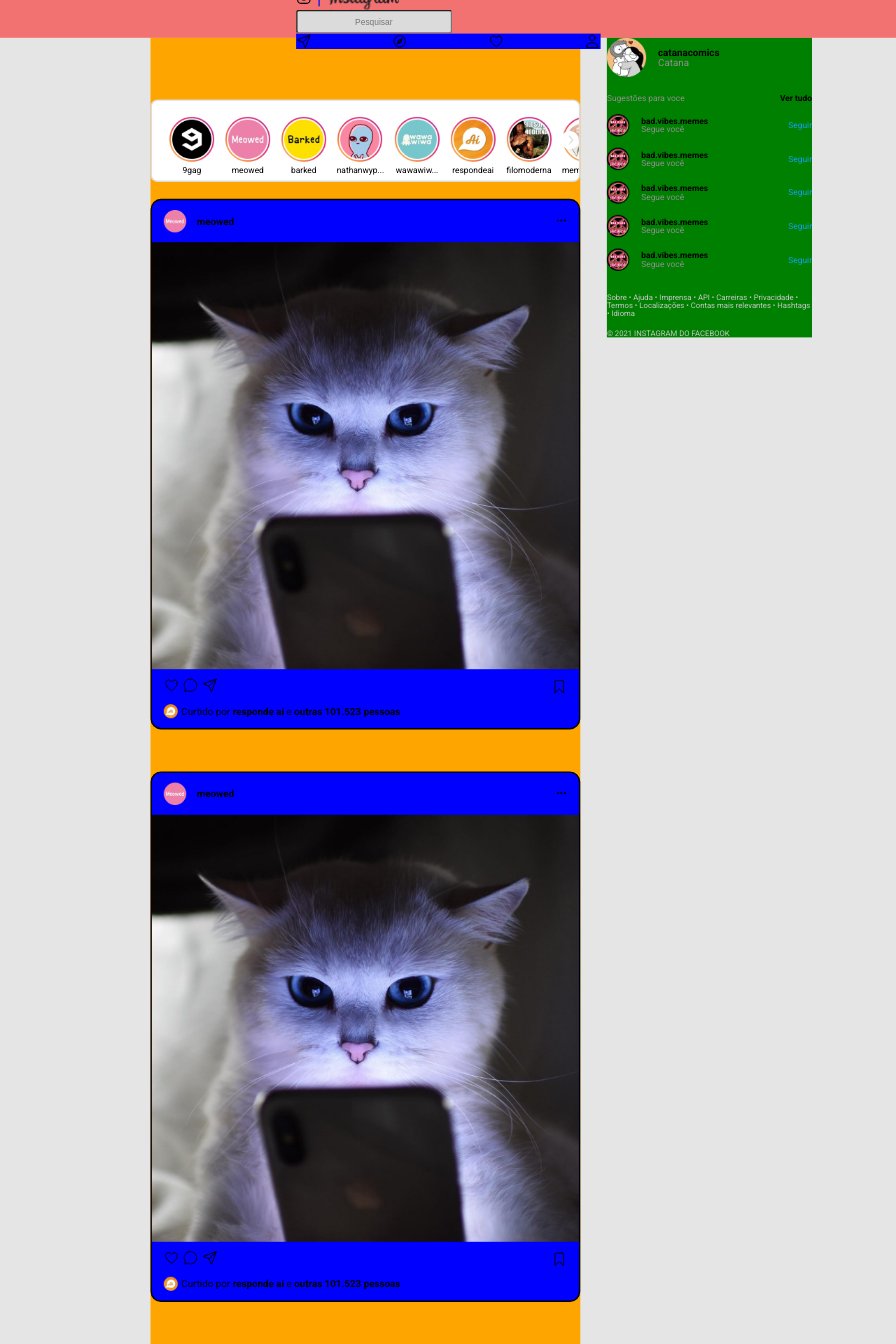
Repository: Zezinoo/proj-2-instagram-clone
Page: index.html
These files come from the project's save history. The page is drawn as it stood at one moment and after the next save; the edit follows.
The browser window is 1280 px wide. The pictures show the part of the page from y = 0 to 1920 px (the page is 2738 px tall), at 70% of full size.
Some web libraries are served in a nearby version.

Above is the page before, as saved 2022-06-05 02:02:12.

### index.html
<!DOCTYPE html>
<html lang="en">
<head>
    <meta charset="UTF-8">
    <meta http-equiv="X-UA-Compatible" content="IE=edge">
    <meta name="viewport" content="width=device-width, initial-scale=1.0">
    <link rel="stylesheet" href="reset.css">
    <link rel="stylesheet" href="style.css">
    <link rel="preconnect" href="https://fonts.googleapis.com">
    <link rel="preconnect" href="https://fonts.gstatic.com" crossorigin>
    <link href="https://fonts.googleapis.com/css2?family=Encode+Sans:wght@100;200;300;400;500;600;700&family=Roboto:ital,wght@0,100;0,300;0,400;0,500;0,700;1,100;1,300;1,400;1,500&display=swap" rel="stylesheet">
    <title>Instagram</title>
</head>
<body>
<div class="top">
    <div class = "align-top">
        <div class = "logo">
            <ion-icon name="logo-instagram" style="font-size:22px"></ion-icon>
        <div class="vertical-line"></div>
            <img src="./imgs/logo 1.svg" alt="">
    </div>
        <div class="search-bar">
            <input type="text" placeholder="Pesquisar">
        </div>
    <div class="top-icons">
        <ion-icon name="paper-plane-outline"></ion-icon>
        <ion-icon name="compass-outline"></ion-icon>
        <ion-icon name="heart-outline"></ion-icon>
        <ion-icon name="person-outline"></ion-icon>
    </div>
    </div>
</div>
<div class="feed">
    <div class="content">
        <div class="stories">
            <div class="story">
                <img src="./imgs/stories_background 3.png" alt="">
                <div class="user-logo">
                    <img src="./imgs/9gag 1.png" alt="">
                </div>
                <div class="user-name">
                    9gag
                </div>
            </div>
            <div class="story">
                <img src="./imgs/stories_background 3.png" alt="">
                <div class="user-logo">
                    <img src="./imgs/meowed 1.png" alt="">
                </div>
                <div class="user-name">
                    meowed
                </div>
            </div>
            <div class="story">
                <img src="./imgs/stories_background 3.png" alt="">
                <div class="user-logo">
                    <img src="./imgs/barked 1.png" alt="">
                </div>
                <div class="user-name">
                    barked
                </div>
            </div>
            <div class="story">
                <img src="./imgs/stories_background 3.png" alt="">
                <div class="user-logo">
                    <img src="./imgs/nathanwpylestrangeplanet 1.png" alt="">
                </div>
                <div class="user-name">
                    nathanwyp...
                </div>
            </div>
            <div class="story">
                <img src="./imgs/stories_background 3.png" alt="">
                <div class="user-logo">
                    <img src="./imgs/wawawiwacomicsa 1.png" alt="">
                </div>
                <div class="user-name">
                    wawawiw...
                </div>
            </div>
            <div class="story">
                <img src="./imgs/stories_background 3.png" alt="">
                <div class="user-logo">
                    <img src="./imgs/respondeai 1.png" alt="">
                </div>
                <div class="user-name">
                    respondeai
                </div>
            </div>
            <div class="story">
                <img src="./imgs/stories_background 3.png" alt="">
                <div class="user-logo">
                    <img src="./imgs/filomoderna 1.png" alt="">
                </div>
                <div class="user-name">
                    filomoderna
                </div>
            </div>
            <div class="story">
                <img src="./imgs/stories_background 3.png" alt="">
                <div class="user-logo">
                    <img src="./imgs/memeriagourmet 1.png" alt="">
                </div>
                <div class="user-name">
                    memeriagourmet
                </div>
                <div class="arrow">
                    <ion-icon name="chevron-forward-circle"></ion-icon>
                </div>
            </div>
        </div>
        <div class="post">
            <div class="info">
                <div class="op">
                    <img src="./imgs/meowed 2.png" alt="">
                    <div class="op-name">
                    meowed
                    </div>
                </div>
                <div class="dots">
                    <ion-icon name="ellipsis-horizontal"></ion-icon>
                </div>
            </div>
            <img src="./imgs/gato-telefone 1.png" alt="">
            <div class="bottom">
                <div class="post-icons">
                    <div class="left-icons">
                        <ion-icon name="heart-outline"></ion-icon>
                        <ion-icon name="chatbubble-outline"></ion-icon>
                        <ion-icon name="paper-plane-outline"></ion-icon>
                    </div>
                    <ion-icon name="bookmark-outline"></ion-icon>
                </div>
                <div class="comments">
                    <div class="follow-image">
                        <img src="./imgs/respondeai 2.png" alt="">
                    </div>
                    <div class="comment-message">
                        <p>Curtido por <strong>responde ai</strong> e <strong>outras 101.523 pessoas</strong></p>
                    </div>
                </div>
            </div>
        </div>
        <div class="post">
            <div class="info">
                <div class="op">
                    <img src="./imgs/meowed 2.png" alt="">
                    <div class="op-name">
                    meowed
                    </div>
                </div>
                <div class="dots">
                    <ion-icon name="ellipsis-horizontal"></ion-icon>
                </div>
            </div>
            <img src="./imgs/gato-telefone 1.png" alt="">
            <div class="bottom">
                <div class="post-icons">
                    <div class="left-icons">
                        <ion-icon name="heart-outline"></ion-icon>
                        <ion-icon name="chatbubble-outline"></ion-icon>
                        <ion-icon name="paper-plane-outline"></ion-icon>
                    </div>
                    <ion-icon name="bookmark-outline"></ion-icon>
                </div>
                <div class="comments">
                    <div class="follow-image">
                        <img src="./imgs/respondeai 2.png" alt="">
                    </div>
                    <div class="comment-message">
                        <p>Curtido por <strong>responde ai</strong> e <strong>outras 101.523 pessoas</strong></p>
                    </div>
                </div>
            </div>
        </div>
        <div class="post">
            <div class="info">
                <div class="op">
                    <img src="./imgs/meowed 2.png" alt="">
                    <div class="op-name">
                    meowed
                    </div>
                </div>
                <div class="dots">
                    <ion-icon name="ellipsis-horizontal"></ion-icon>
                </div>
            </div>
            <img src="./imgs/gato-telefone 1.png" alt="">
            <div class="bottom">
                <div class="post-icons">
                    <div class="left-icons">
                        <ion-icon name="heart-outline"></ion-icon>
                        <ion-icon name="chatbubble-outline"></ion-icon>
                        <ion-icon name="paper-plane-outline"></ion-icon>
                    </div>
                    <ion-icon name="bookmark-outline"></ion-icon>
                </div>
                <div class="comments">
                    <div class="follow-image">
                        <img src="./imgs/respondeai 2.png" alt="">
                    </div>
                    <div class="comment-message">
                        <p>Curtido por <strong>responde ai</strong> e <strong>outras 101.523 pessoas</strong></p>
                    </div>
                </div>
            </div>
        </div>
    </div>
    <div class="sidebar">
        <div class="user">
            <img src="./imgs/catanacomics 1.png" alt="">
            <div class="user-info">
                <div class="username">
                    catanacomics
                </div>
                <div class="name">
                    Catana
                </div>
            </div>
        </div>
        <div class="suggestion-text">
            <div class="recommended">
                Sugestões para voce
            </div>
            <div class="for-you">
                Ver tudo
            </div>
        </div>
        <div class="suggestion">
            <div class="suggestion-user">
                <img src="./imgs/badvibesmemes 1.png" alt="">
                <div class="user-info">
                    <div class="username">
                        bad.vibes.memes
                    </div>
                    <div class="name">
                        Segue você
                    </div>
                </div>
            </div>
            <div class="follow">
                Seguir
            </div>
        </div>
        <div class="suggestion">
            <div class="suggestion-user">
                <img src="./imgs/badvibesmemes 1.png" alt="">
                <div class="user-info">
                    <div class="username">
                        bad.vibes.memes
                    </div>
                    <div class="name">
                        Segue você
                    </div>
                </div>
            </div>
            <div class="follow">
                Seguir
            </div>
        </div>
        <div class="suggestion">
            <div class="suggestion-user">
                <img src="./imgs/badvibesmemes 1.png" alt="">
                <div class="user-info">
                    <div class="username">
                        bad.vibes.memes
                    </div>
                    <div class="name">
                        Segue você
                    </div>
                </div>
            </div>
            <div class="follow">
                Seguir
            </div>
        </div>
        <div class="suggestion">
            <div class="suggestion-user">
                <img src="./imgs/badvibesmemes 1.png" alt="">
                <div class="user-info">
                    <div class="username">
                        bad.vibes.memes
                    </div>
                    <div class="name">
                        Segue você
                    </div>
                </div>
            </div>
            <div class="follow">
                Seguir
            </div>
        </div>
        <div class="suggestion">
            <div class="suggestion-user">
                <img src="./imgs/badvibesmemes 1.png" alt="">
                <div class="user-info">
                    <div class="username">
                        bad.vibes.memes
                    </div>
                    <div class="name">
                        Segue você
                    </div>
                </div>
            </div>
            <div class="follow">
                Seguir
            </div>
        </div>
        <div class="help-text">
            <p>Sobre • Ajuda • Imprensa • API • Carreiras • Privacidade •
                Termos • Localizações • Contas mais relevantes • Hashtags •
                Idioma</p>
        </div>
        <div class="trademark">
            <p>© 2021 INSTAGRAM DO FACEBOOK</p>
        </div>
    </div>
</div>
<script src="https://unpkg.com/ionicons@5.4.0/dist/ionicons.js"></script>

</body>
</html>

### style.css

body{
    background-color: #e5e5e5;
    display: flex;
    flex-direction: column;
    align-items: center;
    justify-content: center;
    font-family: 'Roboto', sans-serif;
}


.top {
    width: 100%;
    height: 54px;
    display: flex;
    flex-direction: row;
    justify-content: space-around;
    align-items: center;
    background-color: rgba(255, 0, 0, 0.5);
    position: relative;
    z-index: 1;
}



.logo{
    display: flex;
    position: relative;
    align-items: flex-start;
    width: 100%;
    margin-right: 214px;
}

.vertical-line{
    height: 22px;
    margin: 0 10px;
    border: blue 1px solid;
}

.search-bar{
    margin-right: 212px;
}

.search-bar input{
    height: 28px;
    width: 215px;
    border-radius: 4px;
    text-align: center;
    background-color: #DBDBDB;
    color: #979797;
    font-size: 12px;
}

.top-icons{
    width: 100%;
    display: flex;
    flex-direction:row;
    justify-content:space-between;
    background-color:blue;
}

.top-icons ion-icon{
    font-size: 22px;
    margin-right: 20px;
}
.top-icons ion-icon:nth-child(4){
    margin-right: 0px;
}

.feed {
    display: flex;
    flex-direction: row;
    position: absolute;
    top: 54px;
    left: 215px;
}


.content{
    display: flex;
    flex-direction: column;
    background-color: orange;
}

strong{
    font-weight: bold;
}

.stories{
    margin-top: 88px;
    margin-bottom: 24px;
    width: 614px;
    height:118px;
    display: flex;
    flex-direction: row;
    align-items: center;
    position: relative;
    justify-content: flex-start;
    background-color: #FFFFFF;
    overflow: hidden;
    border-radius: 10px;
    border: 2px solid #DBDBDB;
    box-sizing: border-box;
}
.stories .story:nth-child(1){
    margin-left:24px;
}

.story{
    display: flex;
    flex-direction: column;
    justify-content: center;
    margin-right: 14px;
    margin-top: 20px;
    position: relative;
}

.story img{
    width: 66px;
    height: 66px;
}

.story .user-logo{
    display: flex;
    position: absolute;
    top: 5px;
    left: 5px;
    z-index: 1;
}

.story .user-name{
    margin-top: 5px;
    display: flex;
    justify-content: center;
    height: 19px;
    font-size: 12px;
}

.user-logo img{
    width: 56px;
    height: 56px;
}

.arrow {
    position: absolute;
    top: 18px;
    left: -5px;
    font-size: 32px;
    z-index: 3;
    color: #FFFFFF ;
    text-shadow: 60px -16px green;
}

.post{
    background-color: blue;
    display: flex;
    flex-direction: column;
    width: 614px;
    border: 2px solid ;
    border-radius: 15px;
    box-sizing: border-box;
    margin-bottom: 60px;

}

.post .info {
    height: 60px;
    display: flex;
    align-items: center;
    justify-content: space-between;
}

.post .info .op{
    display: flex;
    flex-direction: row;
    box-sizing: border-box;
    margin-left: 17px;
    justify-content: space-evenly;
    align-items: center;
}

.op .op-name{
    margin-left: 15px;
    font-weight: bold;
    font-size: 14px;
}

.info .dots{
    margin-right: 17px;
    font-size: 16px;
}

.post .bottom{
    margin: 0 17px;
    margin-top: 10px;
}

.bottom .post-icons{
    height: 30px;
    font-size: 22px;
    display: flex;
    justify-content: space-between;
    align-items: center;
}

.post-icons .left-icons{
    margin-right: 14px;
}

.bottom .comments{
    display: flex;
    align-items: center;
    margin-top: 10px;
    margin-bottom: 14px;
}
.comments .follow-image{
    height: 20px;
    width: 20px;
    margin-right: 5px;
}
.follow-image img{
    width: 100%;
    height: 100%;
}

.comments .comment-message{
    font-size: 14px;
}

.sidebar{
    background-color: green;
    margin-left: 38px;
    width: 293px;
    height: 100%;
    box-sizing: border-box;
}

.sidebar .user{
    height: 56px;
    display: flex;
    align-items: center;
    margin-bottom: 24px;
}

.user .user-info{
    margin-left: 17px;
    display: flex;
    flex-direction: column;
    font-size: 14px;
}
.user-info .username{
    font-weight: bold;
}

.user-info .name{
    color: #8E8E8E;
}

.sidebar .suggestion-text{
    display: flex;
    justify-content: space-between;
    margin-bottom: 17px;
    font-size: 12px;
}

.suggestion-text .recommended{
    color: #8E8E8E;
}

.suggestion-text .for-you{
    font-weight: bold;
}

.sidebar .suggestion{
    display: flex;
    justify-content: space-between;
    align-items: center;
    margin-bottom: 16px;
}
.suggestion-user{
    display: flex;
    align-items: center;
}

.suggestion-user .user-info{
    margin-left: 17px;
    display: flex;
    flex-direction: column;
    font-size: 12px;
}
.user-info .username{
    font-weight: bold;
}

.user-info .name{
    color: #8E8E8E;
}

.suggestion .follow {
    font-size: 12px;
    color: #139EF2;
}

.suggestion:nth-child(7){
    margin-bottom: 0px;
}

.sidebar .help-text{
    margin-top: 33px;
    margin-bottom: 18px;
    font-size: 11px;
    color: #C7C7C7;
}

.sidebar .trademark{
    font-size: 11px;
    color: #C7C7C7;
}

@media(max-width:935px){
    .sidebar{
        display: none;
    }
    .feed{
        position: static;
    }
}

/*fix top*/

Loaded but not shown: reset.css (common file)

After the next save:
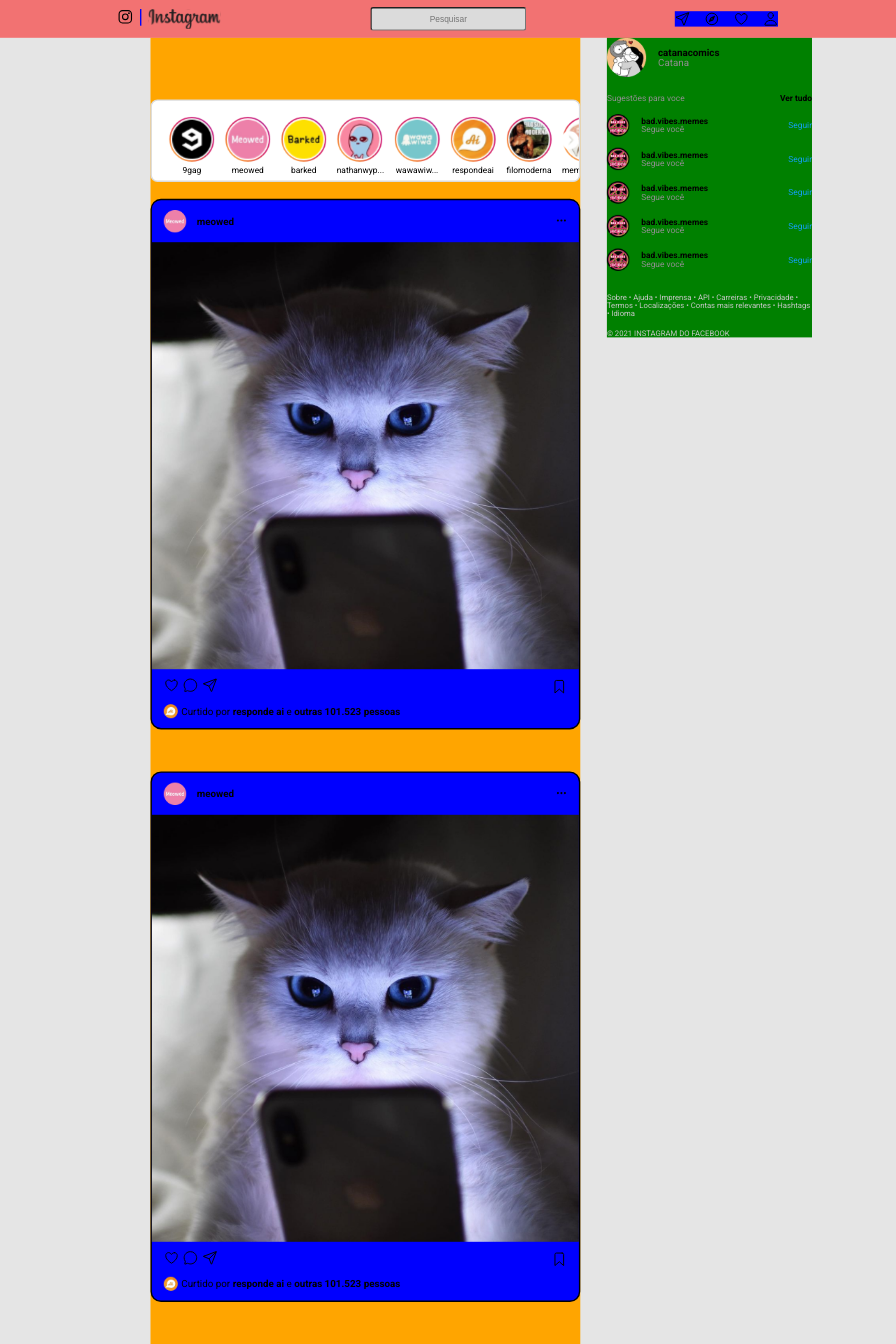
Saved 91 s later.
--- a/style.css
+++ b/style.css
@@ -21,6 +21,13 @@
     z-index: 1;
 }
 
+.align-top{
+    display: flex;
+    flex-direction: row;
+    align-items: center;
+    justify-content: space-around;
+    position: fixed;
+}
 
 
 .logo{
